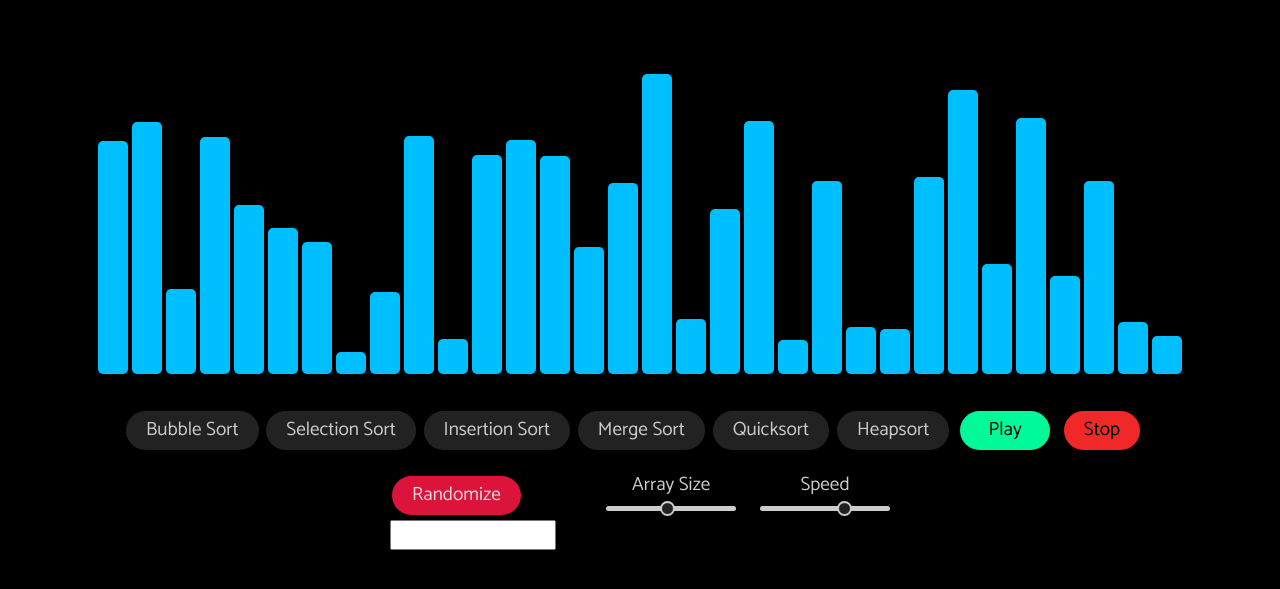
Repository: sneha1010/Sorting-visualizer
Page: index.html
These files come from the project's save history. The page is drawn as it stood at one moment and after the next save; the edit follows.
The browser window is 1280 px wide. The pictures show the whole page.

Above is the page before, as saved 2022-06-14 18:55:09.

After the next save:
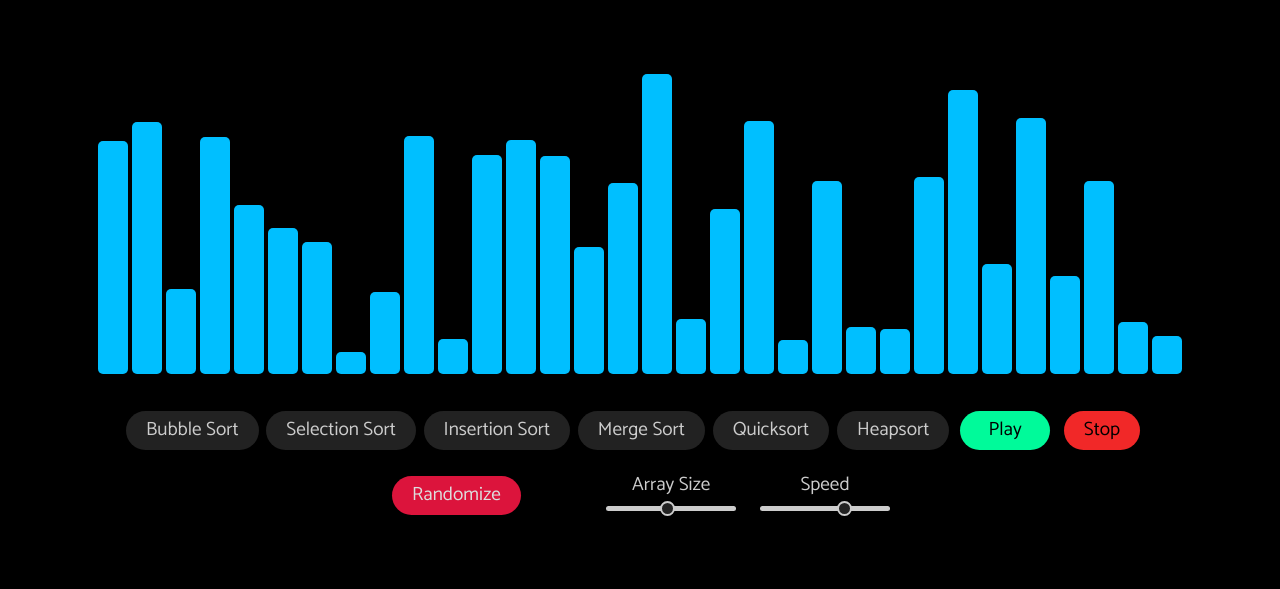
Saved 5 s later.
--- a/index.html
+++ b/index.html
@@ -39,7 +39,7 @@
                     <input type="range" id="speed-slider" class="slider" autocomplete="off">
                 </div>
             </div>
-            <input data-role="doubleslider" data-accuracy="5" data-hint-always="true">
+            <!-- <input data-role="doubleslider" data-accuracy="5" data-hint-always="true"> -->
         </div>
     </div>
 
